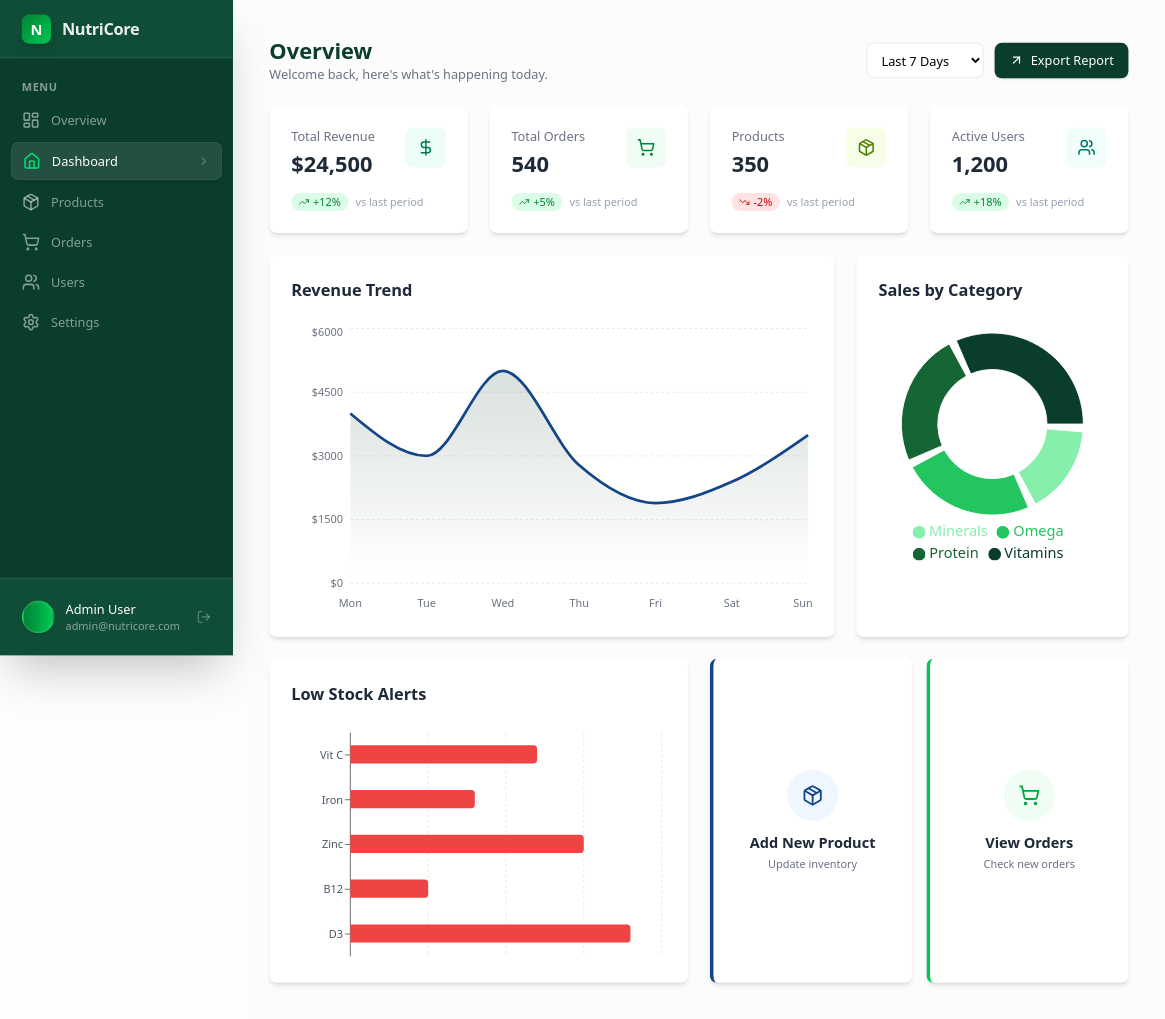
Repository: A-Nawaz512/NutriCore
Page: /admin/dashboard (app in frontend/)
These files come from the project's save history. The page is drawn as it stood at one moment and after a run of saves; the edit follows.
The browser window is 1280 px wide. The pictures show the whole page, at 91% of full size.
The project was rebuilt for these pictures with package versions that can differ from the ones it lists, and the page was loaded fresh each time. Also part of the build but not shown: frontend/vite.config.ts, frontend/src/shared/components/ui/Button.tsx, frontend/src/shared/components/ui/Badge.tsx, frontend/src/shared/components/layout/Header.tsx, frontend/src/shared/components/layout/Footer.tsx, frontend/src/shared/components/layout/MainLayout.tsx.

Above is the page before, as saved 2026-02-18 21:08:44.

### frontend/src/main.tsx
import { StrictMode } from 'react'
import { createRoot } from 'react-dom/client'
import './index.css'
import App from './App.tsx'
import {BrowserRouter} from "react-router-dom"

createRoot(document.getElementById('root')!).render(
  <StrictMode>
     <BrowserRouter>
      <App />
    </BrowserRouter>
  </StrictMode>,
)

### frontend/src/App.tsx
import AppRouter from "./app/router/AppRouter"

function App() {
  return <AppRouter />
}

export default App

### frontend/src/app/router/AppRouter.tsx
import { Routes, Route } from "react-router-dom"
import { lazy, Suspense } from "react"

import MainLayout from "../../shared/components/layout/MainLayout"
import AdminLayout from "../../shared/components/layout/AdminLayout"
// import ProtectedRoute from "./ProtectedRoute"
// import AdminRoute from "./AdminRoute"

const HomePage = lazy(() => import("../../features/home/pages/HomePage"))
const AboutPage = lazy(() => import("../../features/about/pages/AboutPage"))
const ProductsPage = lazy(() => import("../../features/products/pages/ProductsPage"))
const ProductDetailsPage = lazy(() => import("../../features/products/pages/ProductDetailsPage"))
const ContactPage = lazy(() => import("../../features/contact/pages/ContactPage"))
const LoginPage = lazy(() => import("../../features/auth/pages/LoginPage"))
const SignupPage = lazy(() => import("../../features/auth/pages/SignupPage"))
const DashboardPage = lazy(() => import("../../features/admin/pages/DashboardPage"))
const ProductsManagement = lazy(() => import("../../features/admin/pages/ProductsManagement"))
const OrdersPage = lazy(() => import("../../features/admin/pages/OrdersPage"))
const OverviewPage = lazy(() => import("../../features/admin/pages/OverviewPage"))
const UsersPage = lazy(() => import("../../features/admin/pages/UsersPage"))
const SettingsPage = lazy(() => import("../../features/admin/pages/SettingsPage"))

const AppRouter = () => {
  return (
    <Suspense fallback={<div>Loading...</div>}>
      <Routes>
        {/* Public Layout */}
        <Route element={<MainLayout />}>
          <Route path="/" element={<HomePage />} />
          <Route path="/about" element={<AboutPage />} />
          <Route path="/products" element={<ProductsPage />} />
          <Route path="/products/:productId" element={<ProductDetailsPage />} />
          <Route path="/contact" element={<ContactPage />} />
        </Route>

        {/* Auth */}
        <Route path="/login" element={<LoginPage />} />
        <Route path="/signup" element={<SignupPage />} />

        {/* Protected Admin */}
        {/* <Route element={<ProtectedRoute />}>
          <Route element={<AdminRoute />}> */}
            <Route element={<AdminLayout />}>
              <Route path="/admin/dashboard" element={<DashboardPage />} />
              <Route path="/admin/dashboard/products" element={<ProductsManagement />} />
              <Route path="/admin/dashboard/orders" element={<OrdersPage />} />
              <Route path="/admin/dashboard/overview" element={<OverviewPage />} />
              <Route path="/admin/dashboard/users" element={<UsersPage />} />
              <Route path="/admin/dashboard/settings" element={<SettingsPage />} />
            </Route>
          {/* </Route>
        </Route> */}
      </Routes>
    </Suspense>
  )
}

export default AppRouter

### frontend/src/shared/components/layout/AdminLayout.tsx
import { FC } from "react"
import { Outlet } from "react-router-dom"
import AdminSidebar from "../../../features/admin/components/AdminSidebar"

const AdminLayout: FC = () => {
  return (
    <div className="flex min-h-screen bg-gray-50/50">
      {/* Fixed Sidebar */}
      <AdminSidebar />

      {/* Main Content Area */}
      <div className="flex-1 md:ml-64 transition-all duration-300 min-h-screen">
        <main className="p-4 md:p-8 lg:p-10 max-w-7xl mx-auto w-full">
          <Outlet />
        </main>
      </div>
    </div>
  )
}

export default AdminLayout

### frontend/src/features/admin/pages/DashboardPage.tsx
import { FC } from "react"
import {
  Users,
  Package,
  ShoppingCart,
  DollarSign,
  TrendingUp,
  TrendingDown,
  ArrowUpRight
} from "lucide-react"
import {
  AreaChart,
  Area,
  XAxis,
  YAxis,
  CartesianGrid,
  Tooltip,
  ResponsiveContainer,
  PieChart,
  Pie,
  Cell,
  BarChart,
  Bar,
  Legend
} from "recharts"
import Card from "../../../shared/components/ui/Card"

// --- Dummy Data ---
const revenueData = [
  { name: "Mon", revenue: 4000 },
  { name: "Tue", revenue: 3000 },
  { name: "Wed", revenue: 5000 },
  { name: "Thu", revenue: 2780 },
  { name: "Fri", revenue: 1890 },
  { name: "Sat", revenue: 2390 },
  { name: "Sun", revenue: 3490 },
]

const categoryData = [
  { name: "Vitamins", value: 400 },
  { name: "Protein", value: 300 },
  { name: "Omega", value: 300 },
  { name: "Minerals", value: 200 },
]

const stockData = [
  { name: "Vit C", stock: 12 },
  { name: "Iron", stock: 8 },
  { name: "Zinc", stock: 15 },
  { name: "B12", stock: 5 },
  { name: "D3", stock: 18 },
]

const COLORS = ["#0b3d2d", "#166534", "#22c55e", "#86efac"]

const DashboardPage: FC = () => {
  const stats = [
    {
      title: "Total Revenue",
      value: "$24,500",
      trend: "+12%",
      icon: DollarSign,
      color: "bg-emerald-50 text-emerald-700",
      trendUp: true
    },
    {
      title: "Total Orders",
      value: "540",
      trend: "+5%",
      icon: ShoppingCart,
      color: "bg-green-50 text-green-700",
      trendUp: true
    },
    {
      title: "Products",
      value: "350",
      trend: "-2%",
      icon: Package,
      color: "bg-lime-50 text-lime-700",
      trendUp: false
    },
    {
      title: "Active Users",
      value: "1,200",
      trend: "+18%",
      icon: Users,
      color: "bg-teal-50 text-teal-700",
      trendUp: true
    },
  ]

  return (
    <div className="space-y-6 animate-fade-in">
      {/* Header */}
      <div className="flex flex-col md:flex-row md:items-center justify-between gap-4">
        <div>
          <h1 className="text-2xl font-bold text-[#0b3d2d]">Overview</h1>
          <p className="text-gray-500 text-sm">Welcome back, here's what's happening today.</p>
        </div>
        <div className="flex gap-3">
          <select className="bg-white border border-gray-200 rounded-lg px-3 py-2 text-sm focus:outline-none focus:ring-2 focus:ring-[#0b3d2d]/20">
            <option>Last 7 Days</option>
            <option>Last 30 Days</option>
            <option>This Month</option>
          </select>
          <button className="bg-[#0b3d2d] text-white px-4 py-2 rounded-lg text-sm font-medium hover:bg-[#07281d] transition-colors shadow-sm flex items-center gap-2">
            <ArrowUpRight size={16} /> Export Report
          </button>
        </div>
      </div>

      {/* Stats Grid */}
      <div className="grid sm:grid-cols-2 lg:grid-cols-4 gap-6">
        {stats.map((stat, idx) => (
          <Card key={idx} className="p-6 hover:shadow-md transition-shadow">
            <div className="flex justify-between items-start">
              <div>
                <p className="text-sm font-medium text-gray-500">{stat.title}</p>
                <h3 className="text-2xl font-bold text-gray-800 mt-1">{stat.value}</h3>
              </div>
              <div className={`p-3 rounded-lg ${stat.color}`}>
                <stat.icon size={20} />
              </div>
            </div>
            <div className="mt-4 flex items-center gap-2">
              <span className={`text-xs font-medium px-2 py-0.5 rounded-full flex items-center gap-1 ${stat.trendUp ? "bg-green-100 text-green-700" : "bg-red-100 text-red-700"
                }`}>
                {stat.trendUp ? <TrendingUp size={12} /> : <TrendingDown size={12} />}
                {stat.trend}
              </span>
              <span className="text-xs text-gray-400">vs last period</span>
            </div>
          </Card>
        ))}
      </div>

      {/* Charts Section */}
      <div className="grid lg:grid-cols-3 gap-6">
        {/* Revenue Chart */}
        <Card className="lg:col-span-2 p-6">
          <h3 className="text-lg font-bold text-gray-800 mb-6">Revenue Trend</h3>
          <div className="h-80 w-full">
            <ResponsiveContainer width="100%" height="100%">
              <AreaChart data={revenueData}>
                <defs>
                  <linearGradient id="colorRevenue" x1="0" y1="0" x2="0" y2="1">
                    <stop offset="5%" stopColor="#0b3d2d" stopOpacity={0.15} />
                    <stop offset="95%" stopColor="#0b3d2d" stopOpacity={0} />
                  </linearGradient>
                </defs>
                <CartesianGrid strokeDasharray="3 3" vertical={false} stroke="#E5E7EB" />
                <XAxis dataKey="name" axisLine={false} tickLine={false} tick={{ fill: '#6B7280', fontSize: 12 }} dy={10} />
                <YAxis axisLine={false} tickLine={false} tick={{ fill: '#6B7280', fontSize: 12 }} tickFormatter={(val) => `$${val}`} />
                <Tooltip
                  contentStyle={{ backgroundColor: '#fff', borderRadius: '8px', border: 'none', boxShadow: '0 4px 6px -1px rgba(0, 0, 0, 0.1)' }}
                  formatter={(value: number) => [`$${value}`, "Revenue"]}
                />
                <Area type="monotone" dataKey="revenue" stroke="#13458A" strokeWidth={3} fillOpacity={1} fill="url(#colorRevenue)" />
              </AreaChart>
            </ResponsiveContainer>
          </div>
        </Card>

        {/* Category Pie Chart */}
        <Card className="p-6">
          <h3 className="text-lg font-bold text-gray-800 mb-6">Sales by Category</h3>
          <div className="h-64 w-full">
            <ResponsiveContainer width="100%" height="100%">
              <PieChart>
                <Pie
                  data={categoryData}
                  cx="50%"
                  cy="50%"
                  innerRadius={60}
                  outerRadius={100}
                  paddingAngle={5}
                  dataKey="value"
                >
                  {categoryData.map((entry, index) => (
                    <Cell key={`cell-${index}`} fill={COLORS[index % COLORS.length]} />
                  ))}
                </Pie>
                <Tooltip contentStyle={{ borderRadius: '8px' }} />
                <Legend verticalAlign="bottom" height={36} iconType="circle" />
              </PieChart>
            </ResponsiveContainer>
          </div>
        </Card>
      </div>

      {/* Low Stock Grid */}
      <div className="grid lg:grid-cols-2 gap-6">
        <Card className="p-6">
          <h3 className="text-lg font-bold text-gray-800 mb-6">Low Stock Alerts</h3>
          <div className="h-64 w-full">
            <ResponsiveContainer width="100%" height="100%">
              <BarChart data={stockData} layout="vertical">
                <CartesianGrid strokeDasharray="3 3" horizontal={false} stroke="#E5E7EB" />
                <XAxis type="number" hide />
                <YAxis dataKey="name" type="category" width={60} tick={{ fill: '#4B5563', fontSize: 12 }} />
                <Tooltip cursor={{ fill: 'transparent' }} contentStyle={{ borderRadius: '8px', borderColor: '#FECACA' }} />
                <Bar dataKey="stock" fill="#EF4444" radius={[0, 4, 4, 0]} barSize={20} />
              </BarChart>
            </ResponsiveContainer>
          </div>
        </Card>

        {/* Quick Actions */}
        <div className="grid grid-cols-2 gap-4">
          <Card className="p-6 flex flex-col items-center justify-center text-center hover:shadow-lg transition-all cursor-pointer group border-l-4 border-[#13458A]">
            <div className="p-4 bg-blue-50 rounded-full mb-3 group-hover:scale-110 transition-transform">
              <Package size={24} className="text-[#13458A]" />
            </div>
            <h4 className="font-semibold text-gray-800">Add New Product</h4>
            <p className="text-xs text-gray-500 mt-1">Update inventory</p>
          </Card>
          <Card className="p-6 flex flex-col items-center justify-center text-center hover:shadow-lg transition-all cursor-pointer group border-l-4 border-green-500">
            <div className="p-4 bg-green-50 rounded-full mb-3 group-hover:scale-110 transition-transform">
              <ShoppingCart size={24} className="text-green-600" />
            </div>
            <h4 className="font-semibold text-gray-800">View Orders</h4>
            <p className="text-xs text-gray-500 mt-1">Check new orders</p>
          </Card>
        </div>
      </div>
    </div>
  )
}

export default DashboardPage

### frontend/src/features/admin/components/AdminSidebar.tsx
import { FC, useState } from "react"
import { NavLink, useLocation } from "react-router-dom"
import {
  Home,
  Package,
  Users,
  Settings,
  ShoppingCart,
  LayoutDashboard,
  Menu,
  X,
  LogOut,
  ChevronRight
} from "lucide-react"

const menu = [
  { name: "Overview", icon: LayoutDashboard, path: "/admin/dashboard/overview" },
  { name: "Dashboard", icon: Home, path: "/admin/dashboard" },
  { name: "Products", icon: Package, path: "/admin/dashboard/products" },
  { name: "Orders", icon: ShoppingCart, path: "/admin/dashboard/orders" },
  { name: "Users", icon: Users, path: "/admin/dashboard/users" },
  { name: "Settings", icon: Settings, path: "/admin/dashboard/settings" },
]

const AdminSidebar: FC = () => {
  const [mobileOpen, setMobileOpen] = useState(false)
  const location = useLocation()

  const SidebarContent = () => (
    <aside className="w-64 bg-[#0b3d2d] text-white h-full flex flex-col shadow-2xl">
      {/* Brand Header */}
      <div className="h-16 flex items-center px-6 border-b border-white/10 bg-[#0f4d36]">
        <div className="flex items-center gap-3">
          <div className="w-8 h-8 rounded-lg bg-gradient-to-br from-green-700 to-green-500 flex items-center justify-center shadow-lg">
            <span className="font-bold text-white leading-none">N</span>
          </div>
          <span className="text-lg font-bold tracking-tight text-white/90">NutriCore</span>
        </div>
        <button
          className="md:hidden ml-auto text-white/70 hover:text-white transition-colors"
          onClick={() => setMobileOpen(false)}
        >
          <X size={20} />
        </button>
      </div>

      {/* Navigation */}
      <nav className="flex-1 py-6 px-3 space-y-1 overflow-y-auto custom-scrollbar">
        <p className="px-3 text-xs font-semibold text-white/50 uppercase tracking-wider mb-2">Menu</p>

        {menu.map(item => {
          const isActive = location.pathname === item.path
          return (
            <NavLink
              key={item.name}
              to={item.path}
              end={item.path === "/admin/dashboard"}
              onClick={() => setMobileOpen(false)}
              className={({ isActive }) =>
                `group flex items-center justify-between px-3 py-2.5 rounded-lg transition-all duration-200 text-sm font-medium ${isActive
                  ? "bg-white/10 text-white shadow-sm border border-white/5"
                  : "text-white/50 hover:bg-white/5 hover:text-white/90"
                }`
              }
            >
              <div className="flex items-center gap-3">
                <item.icon
                  className={`w-5 h-5 transition-colors ${isActive ? "text-green-400" : "text-white/50 group-hover:text-white/80"
                    }`}
                />
                {item.name}
              </div>
              {isActive && <ChevronRight size={14} className="text-white/30" />}
            </NavLink>
          )
        })}
      </nav>

      {/* Footer / User Profile */}
      <div className="p-4 border-t border-white/10 bg-[#0f4d36]">
        <div className="flex items-center gap-3 p-2 rounded-lg hover:bg-white/5 transition-colors cursor-pointer group">
          <div className="w-9 h-9 rounded-full bg-gradient-to-r from-green-700 to-green-500 border-2 border-white/10 shadow-sm" />
          <div className="flex-1 min-w-0">
            <p className="text-sm font-medium text-white truncate">Admin User</p>
            <p className="text-xs text-white/50 truncate">admin@nutricore.com</p>
          </div>
          <LogOut size={16} className="text-white/30 group-hover:text-white/70 transition-colors" />
        </div>
      </div>
    </aside>

  )

  return (
    <>
      {/* Mobile Toggle Button */}
      <button
        className="md:hidden fixed top-4 left-4 z-50 bg-[#13458A] text-white p-2.5 rounded-lg shadow-lg hover:bg-[#0f366e] transition-colors"
        onClick={() => setMobileOpen(true)}
      >
        <Menu size={20} />
      </button>

      {/* Mobile Overlay */}
      {mobileOpen && (
        <div
          className="md:hidden fixed inset-0 bg-black/60 backdrop-blur-sm z-40 transition-opacity duration-300"
          onClick={() => setMobileOpen(false)}
        />
      )}

      {/* Mobile Sidebar (Drawer) */}
      <div
        className={`md:hidden fixed top-0 left-0 z-50 h-full w-64 shadow-2xl transition-transform duration-300 ease-out ${mobileOpen ? "translate-x-0" : "-translate-x-full"
          }`}
      >
        <SidebarContent />
      </div>

      {/* Desktop Sidebar (Fixed) */}
      <div className="hidden md:block fixed inset-y-0 left-0 z-30 w-64">
        <SidebarContent />
      </div>
    </>
  )
}

export default AdminSidebar

### frontend/src/shared/components/ui/Card.tsx
import { FC, ReactNode } from "react"
import clsx from "clsx"

interface CardProps {
  children: ReactNode
  className?: string
}

const Card: FC<CardProps> = ({ children, className }) => {
  return (
    <div className={clsx("bg-white shadow-md rounded-lg p-4 transition hover:shadow-lg", className)}>
      {children}
    </div>
  )
}

export default Card

Loaded but not shown: frontend/index.html (common file); frontend/src/index.css (common file)

After the next 2 saves:
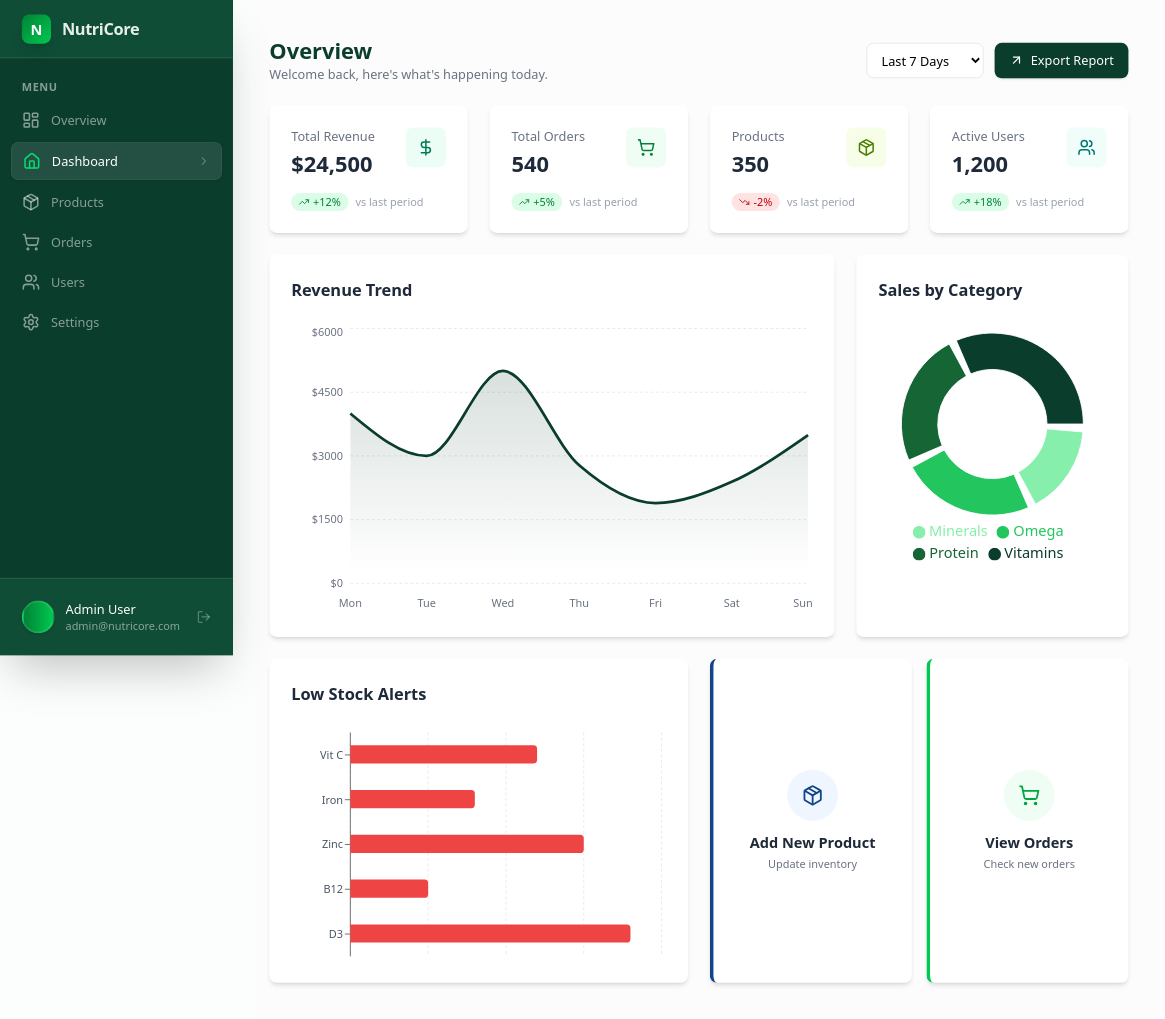
The 2 saves are shown as one change because they came seconds apart.
The last was saved 19 s later.
--- a/frontend/src/features/admin/pages/DashboardPage.tsx
+++ b/frontend/src/features/admin/pages/DashboardPage.tsx
@@ -155,7 +155,14 @@ const DashboardPage: FC = () => {
                   contentStyle={{ backgroundColor: '#fff', borderRadius: '8px', border: 'none', boxShadow: '0 4px 6px -1px rgba(0, 0, 0, 0.1)' }}
                   formatter={(value: number) => [`$${value}`, "Revenue"]}
                 />
-                <Area type="monotone" dataKey="revenue" stroke="#13458A" strokeWidth={3} fillOpacity={1} fill="url(#colorRevenue)" />
+                <Area
+                  type="monotone"
+                  dataKey="revenue"
+                  stroke="#0b3d2d"
+                  strokeWidth={3}
+                  fillOpacity={1}
+                  fill="url(#colorRevenue)"
+                />
               </AreaChart>
             </ResponsiveContainer>
           </div>
